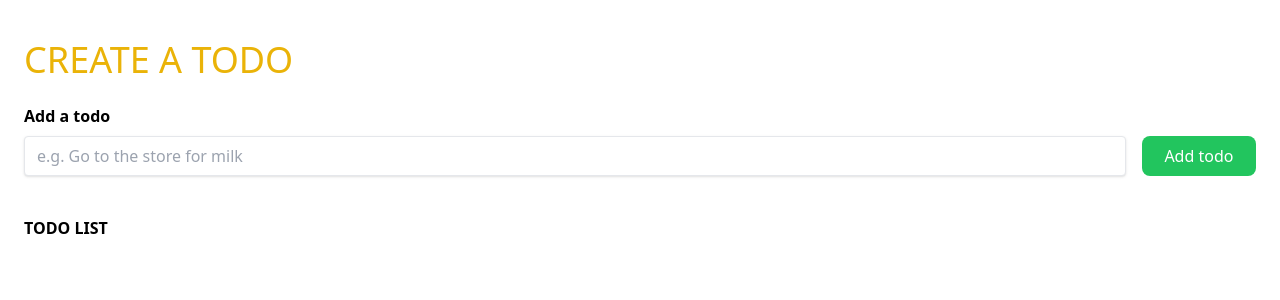
Repository: Kajo-lab/vue-todo
Page: /
These files come from the project's save history. The page is drawn as it stood at one moment and after the next save; the edit follows.
The browser window is 1280 px wide. The pictures show the whole page.
The project was rebuilt for these pictures with package versions that can differ from the ones it lists, and the page was loaded fresh each time. Also part of the build but not shown: vite.config.js, webpack.config.js.

Above is the page before, as saved 2022-07-07 19:03:09.

### src/main.js
import { createApp } from 'vue'
import App from './App.vue'
import "./assets/tailwind.css";

createApp(App).mount('#app')

### src/App.vue
<script setup>
import { ref, onMounted, computed, watch } from 'vue'

const todos = ref([])
const name = ref('')

const input_content = ref('')

const todos_asc = computed(() => todos.value.sort((a,b) =>{
	return a.createdAt - b.createdAt
}))

watch(name, (newVal) => {
	localStorage.setItem('name', newVal)
})

watch(todos, (newVal) => {
	localStorage.setItem('todos', JSON.stringify(newVal))
}, {
	deep: true
})

const addTodo = () => {
  if (input_content.value.trim() === '') {
    return
  }

	todos.value.push({
		content: input_content.value,
		done: false,
		editable: false,
		createdAt: new Date().getTime()
	})

	input_content.value = ''
}

const removeTodo = (todo) => {
	todos.value = todos.value.filter((t) => t !== todo)
}

onMounted(() => {
	name.value = localStorage.getItem('name') || ''
	todos.value = JSON.parse(localStorage.getItem('todos')) || []
})
</script>

<template>

<main>
	<div class="relative bg-white px-6 pt-10 pb-8">
		<section class="mb-10">
		<h1 class="text-4xl text-yellow-500 mb-6">CREATE A TODO</h1>
				<h3 class="mb-2 font-bold">Add a todo</h3>
				<form id="new-todo-form" class="flex-none sm:flex" @submit.prevent="addTodo">
					<input
						class="shadow appearance-none border rounded w-full py-2 px-3 text-gray-700 leading-tight focus:outline-none focus:shadow-outline"
						type="text"
						name="content"
						id="content"
						placeholder="e.g. Go to the store for milk"
						v-model="input_content" />

					<button type="submit" class="h-10 w-32 text-white rounded-lg bg-green-500 hover:bg-green-600 mt-4 sm:mt-0 ml-0 sm:ml-4">Add todo</button>
				</form>
		</section>

		<section>
				<h3 class="mb-2 font-bold">TODO LIST</h3>
				<div id="todo-list">

					<div v-for="todo in todos_asc" :class="`todo-item ${todo.done && 'done'}`">
						<div class="flex-none sm:flex todo-content items-center py-2">
							<div class="flex w-full shadow appearance-none border-none rounded py-2 px-3 text-gray-700 leading-tight focus:outline-none focus:shadow-outline">
								<label>
									<input type="checkbox" v-model="todo.done" class="bg-gray-200 hover:bg-gray-300 cursor-pointer
											w-6 h-6 border-3 border-amber-500 checked:bg-green-500 focus:outline-none rounded-full"/>
								</label>
									<input
									class="w-full appearance-none border-none rounded text-gray-700 leading-tight focus:outline-none focus:shadow-outline"
									type="text"
									v-model="todo.content" />
							</div>
							<button class="h-10 w-20 text-white rounded-lg bg-red-500 hover:bg-red-600 mt-4 sm:mt-0 ml-0 sm:ml-4" @click="removeTodo(todo)">Delete</button>
						</div>
					</div>

				</div>
		</section>
	</div>
</main>





</template>

<style src="./assets/tailwind.css"></style>

### src/assets/tailwind.css
@tailwind base;
@tailwind components;
@tailwind utilities;


.bubble {
	display: flex;
	align-items: center;
	justify-content: center;
	width: 20px;
	height: 20px;
	border-radius: 50%;
	border: 2px solid var(--business);
	box-shadow: var(--business-glow);
}


.todo-item label {
    @apply block mr-4 cursor-pointer ;
}


.todo-item.done .todo-content input {
	text-decoration: line-through;
	color: green;
}

Loaded but not shown: tailwind.config.js (common file)

After the next save:
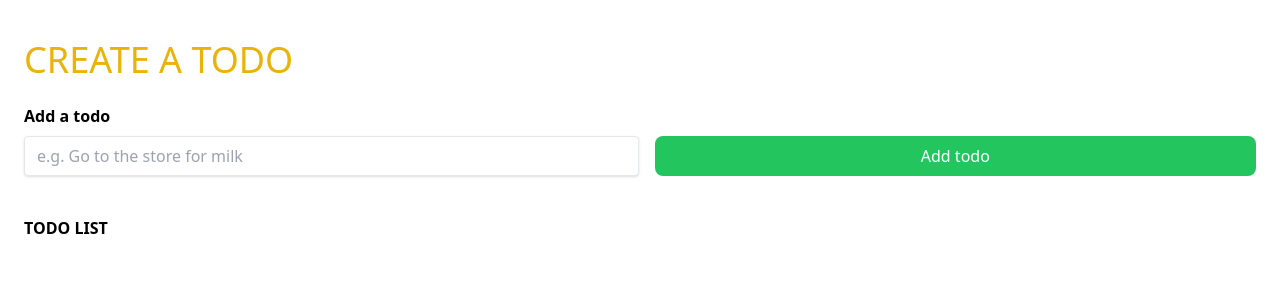
Saved 38 s later.
--- a/src/App.vue
+++ b/src/App.vue
@@ -61,7 +61,7 @@
 						placeholder="e.g. Go to the store for milk"
 						v-model="input_content" />
 
-					<button type="submit" class="h-10 w-32 text-white rounded-lg bg-green-500 hover:bg-green-600 mt-4 sm:mt-0 ml-0 sm:ml-4">Add todo</button>
+					<button type="submit" class="h-10 w-32 sm:w-full text-white rounded-lg bg-green-500 hover:bg-green-600 mt-4 sm:mt-0 ml-0 sm:ml-4">Add todo</button>
 				</form>
 		</section>
 

After the save that followed:
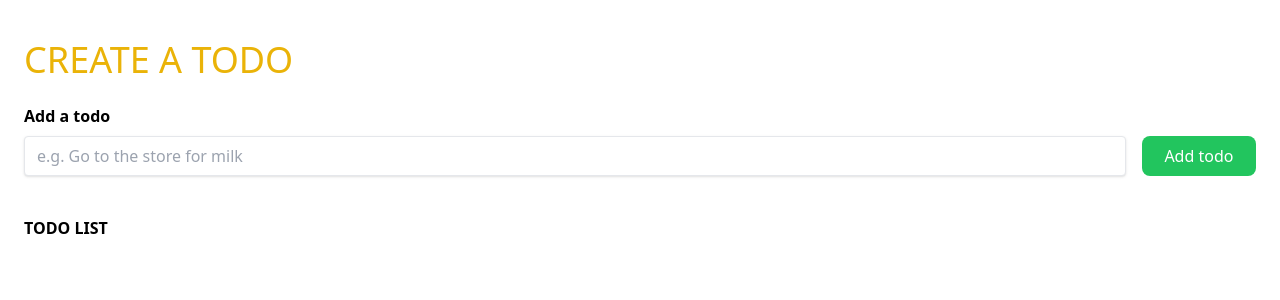
Saved 28 s later.
--- a/src/App.vue
+++ b/src/App.vue
@@ -61,7 +61,7 @@
 						placeholder="e.g. Go to the store for milk"
 						v-model="input_content" />
 
-					<button type="submit" class="h-10 w-32 sm:w-full text-white rounded-lg bg-green-500 hover:bg-green-600 mt-4 sm:mt-0 ml-0 sm:ml-4">Add todo</button>
+					<button type="submit" class="h-10 w-full sm:w-32 text-white rounded-lg bg-green-500 hover:bg-green-600 mt-4 sm:mt-0 ml-0 sm:ml-4">Add todo</button>
 				</form>
 		</section>
 
